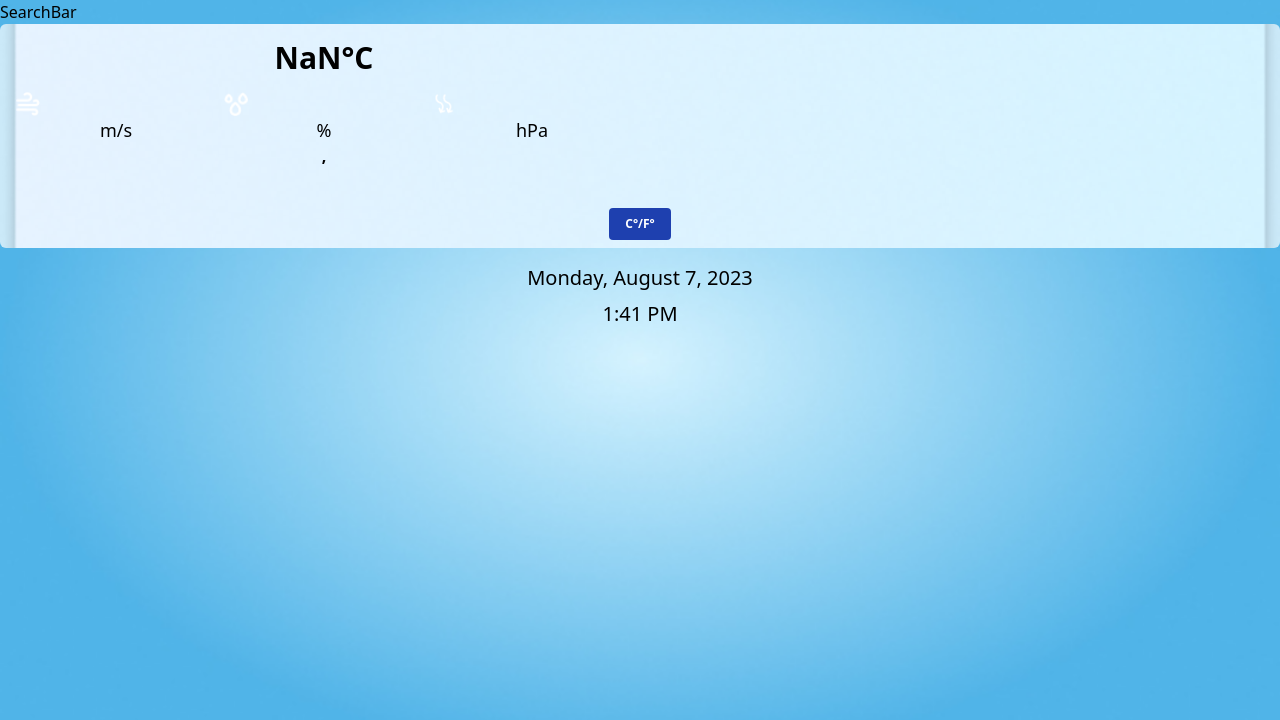
Repository: LukasMoyano/WeatherApp-_-LukasMoyano-_-V-_4.0_6.6.6
Page: /
An editor plug-in stored every save of this project. The page is shown before and after the next save, followed by the edit.
The browser window is 1280 px wide. The pictures show the whole page.
The page's requests for data from a server got no answer. The project was rebuilt for these pictures with package versions that can differ from the ones it lists, and the page was loaded fresh each time. No one was signed in, and anything a server would have sent is missing. Also part of the build but not shown: vite.config.js.

Above is the page before, as saved 2023-08-07 17:05:18.

After the next save:
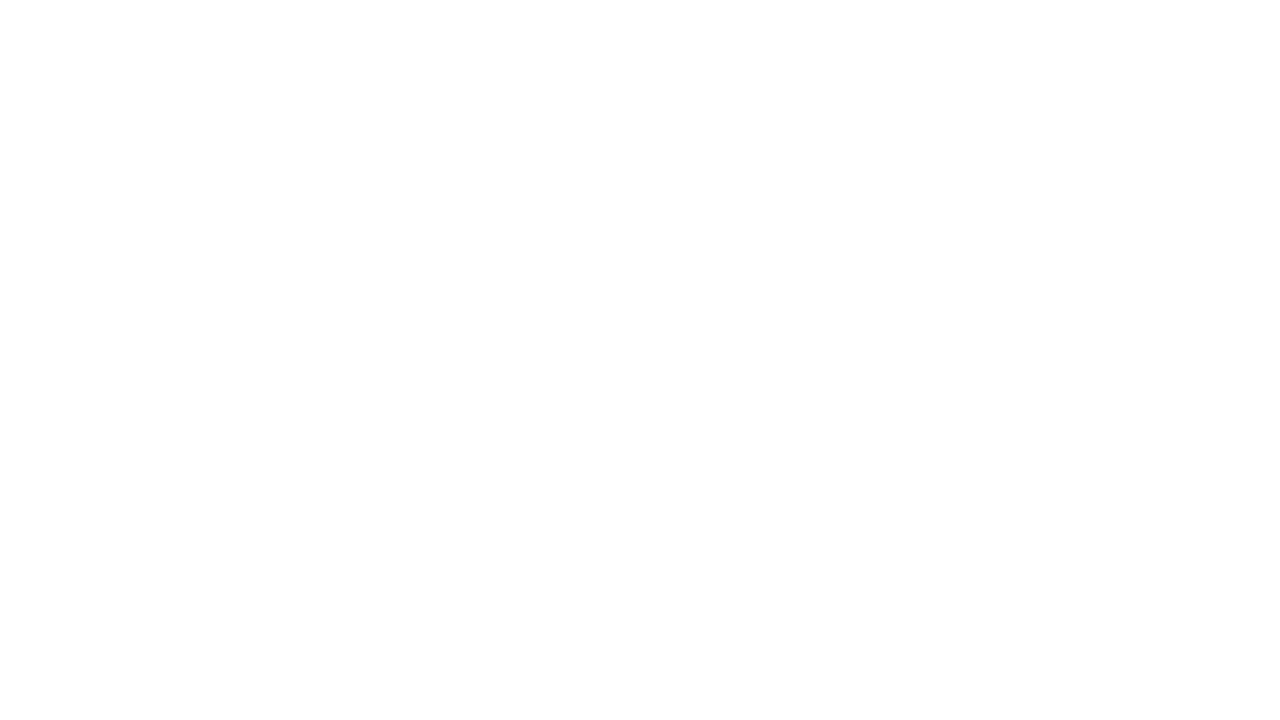
Console error: ReferenceError: toggleDarkMode is not defined
Saved 18 s later.
--- a/src/App.jsx
+++ b/src/App.jsx
@@ -60,6 +60,7 @@
           backgroundPosition: "center",
         }}
       >
+        <LaGueder_aPpBotonModoDiaNoche />
                 <SearchBar />
 
         {/* Renderiza el componente Weather con los datos del clima y el estado de modo oscuro */}

After the save that followed:
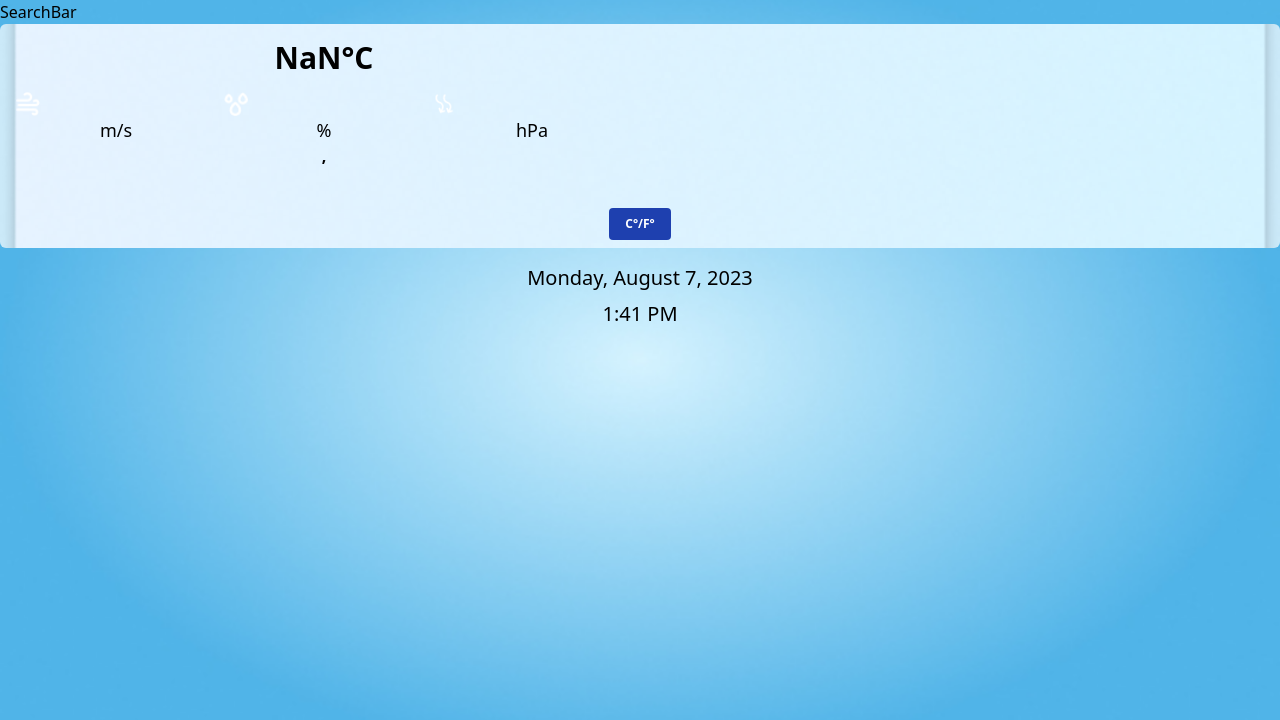
The error is gone.
Saved 12 s later.
--- a/src/App.jsx
+++ b/src/App.jsx
@@ -60,7 +60,6 @@
           backgroundPosition: "center",
         }}
       >
-        <LaGueder_aPpBotonModoDiaNoche />
                 <SearchBar />
 
         {/* Renderiza el componente Weather con los datos del clima y el estado de modo oscuro */}
